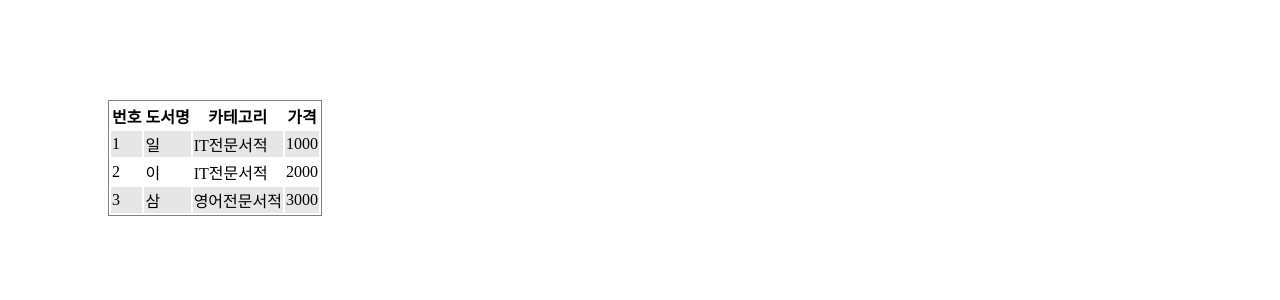
Repository: phoresis92/KITRI_JSP
Page: http://localhost/eljstl2/product.do
An editor plug-in stored every save of this project. The page is shown before and after the next save, followed by the edit.
The browser window is 1280 px wide. The pictures show the whole page.
The page is served by Tomcat 9. Other server files are loaded and not shown.

Above is the page before, as saved 2018-12-20 07:15:47.

### JSP_workspace/eljstl2/WebContent/productlistresult.jsp
<%@ page import="dto.Product"%>
<%@ page import="java.util.ArrayList"%>
<%@ page language="java" contentType="text/html; charset=UTF-8"
	pageEncoding="UTF-8"%>
<%@ taglib prefix="c" uri="http://java.sun.com/jsp/jstl/core"%>
<!DOCTYPE html>
<html>
<head>
<meta charset="UTF-8">
<title>Insert title here</title>

<style type="text/css">

	table tr:nth-child(2n){
	background-color: #e6e6e6
	}
	table tr:hover{font-weight: bold;}

</style>

</head>
<body>

	<%-- 	<%
		ArrayList<Product> list = (ArrayList<Product>) request.getAttribute("PROD");
		Product p1 = list.get(0);
		Product p2 = list.get(1);
		Product p3 = list.get(2);
	%>

	<table style="border: 1px solid gray;">
		<tr>
			<th>번호</th>
			<th>도서명</th>
			<th>카테고리</th>
			<th>가격</th>
		</tr>
		<%
			for (Product p : list) {
		%>
		<tr>
			<td><%=p.getProd_no()%></td>
			<td><%=p.getProd_name()%></td>
			<td><%=p.getProd_cate()%></td>
			<td><%=p.getProd_price()%></td>
		</tr>
		<%
			}
		%>

	</table> --%>

	<c:set var="list" value="${ PROD }" />
	<table style="border: 1px solid gray; margin: 100px;"">
		<tr>
			<th>번호</th>
			<th>도서명</th>
			<th>카테고리</th>
			<th>가격</th>
		</tr>

		<c:forEach items="${ list }" var="prod" varStatus="status">
			<tr>
				<td>${prod.prod_no}</td>
				<td>${prod.prod_name}</td>
				<td>${prod.prod_cate.cate_name}</td>
				<td>${prod.prod_price}</td>
			</tr>
		</c:forEach>

	</table>

</body>
</html>

### JSP_workspace/eljstl2/src/control/ProductListServlet.java
package control;

import java.io.IOException;
import java.util.ArrayList;
import java.util.List;

import javax.servlet.RequestDispatcher;
import javax.servlet.ServletException;
import javax.servlet.annotation.WebServlet;
import javax.servlet.http.HttpServlet;
import javax.servlet.http.HttpServletRequest;
import javax.servlet.http.HttpServletResponse;

import dto.Category;
import dto.Product;

@WebServlet("/product.do")
public class ProductListServlet extends HttpServlet {
	private static final long serialVersionUID = -5727566417040289456L;

	@Override
	protected void doGet(HttpServletRequest req, HttpServletResponse resp) throws ServletException, IOException {

		List<Product> list = new ArrayList<>();

		Category cate = new Category("it", "IT전문서적");

		Product p1 = new Product("1", "일", cate, 1000);
		list.add(p1);
		Product p2 = new Product("2", "이", cate, 2000);
		list.add(p2);

		Category cate1 = new Category("en", "영어전문서적");
		Product p3 = new Product("3","삼", cate1, 3000);
		list.add(p3);

		req.setAttribute("PROD", list);
		String path = "/productlistresult.jsp";
		RequestDispatcher rd = req.getRequestDispatcher(path);
		rd.forward(req, resp);
	}



}

### JSP_workspace/eljstl2/src/dto/Category.java
package dto;

public class Category {

	private String cate_no;
	private String cate_name;

	public Category() {
		super();
	}

	public Category(String cate_no, String cate_name) {
		super();
		this.cate_no = cate_no;
		this.cate_name = cate_name;
	}



	@Override
	public String toString() {
		return cate_name;
	}

	public String getCate_no() {
		return cate_no;
	}
	public void setCate_no(String cate_no) {
		this.cate_no = cate_no;
	}
	public String getCate_name() {
		return cate_name;
	}
	public void setCate_name(String cate_name) {
		this.cate_name = cate_name;
	}

}

### JSP_workspace/eljstl2/src/dto/Product.java
package dto;

public class Product {

	private String prod_no;
	private String prod_name;
	private Category prod_cate;
	private int prod_price;



	@Override
	public String toString() {
		return "Product [prod_no=" + prod_no + ", prod_name=" + prod_name + ", prod_cate=" + prod_cate + ", prod_price="
				+ prod_price + "]";
	}

	public Product(String prod_no, String prod_name, Category prod_cate, int prod_price) {
		super();
		this.prod_no = prod_no;
		this.prod_name = prod_name;
		this.prod_cate = prod_cate;
		this.prod_price = prod_price;
	}

	public Product() {
		super();
	}

	public String getProd_no() {
		return prod_no;
	}
	public void setProd_no(String prod_no) {
		this.prod_no = prod_no;
	}
	public String getProd_name() {
		return prod_name;
	}
	public void setProd_name(String prod_name) {
		this.prod_name = prod_name;
	}
	public Category getProd_cate() {
		return prod_cate;
	}
	public void setProd_cate(Category prod_cate) {
		this.prod_cate = prod_cate;
	}
	public int getProd_price() {
		return prod_price;
	}
	public void setProd_price(int prod_price) {
		this.prod_price = prod_price;
	}

}

After the next save:
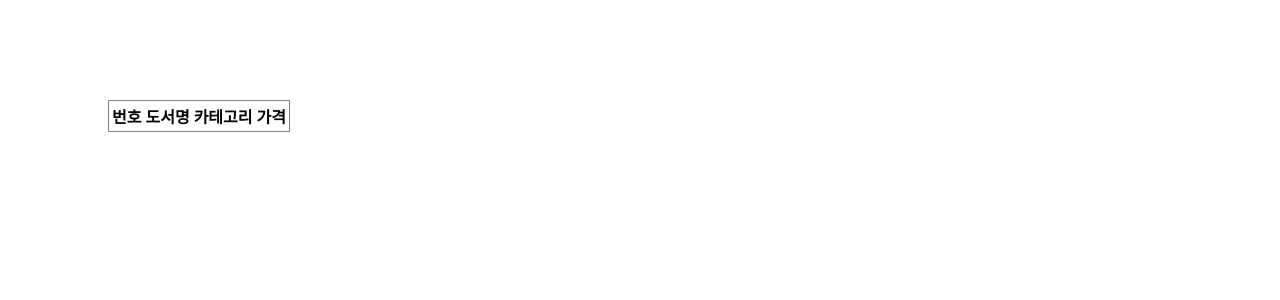
Saved 5 min 51 s later.
--- a/JSP_workspace/eljstl2/WebContent/productlistresult.jsp
+++ b/JSP_workspace/eljstl2/WebContent/productlistresult.jsp
@@ -59,7 +59,7 @@
 			<th>가격</th>
 		</tr>
 
-		<c:forEach items="${ list }" var="prod" varStatus="status">
+		<c:forEach items="${ requestScope.list }" var="prod" varStatus="status">
 			<tr>
 				<td>${prod.prod_no}</td>
 				<td>${prod.prod_name}</td>

After the save that followed:
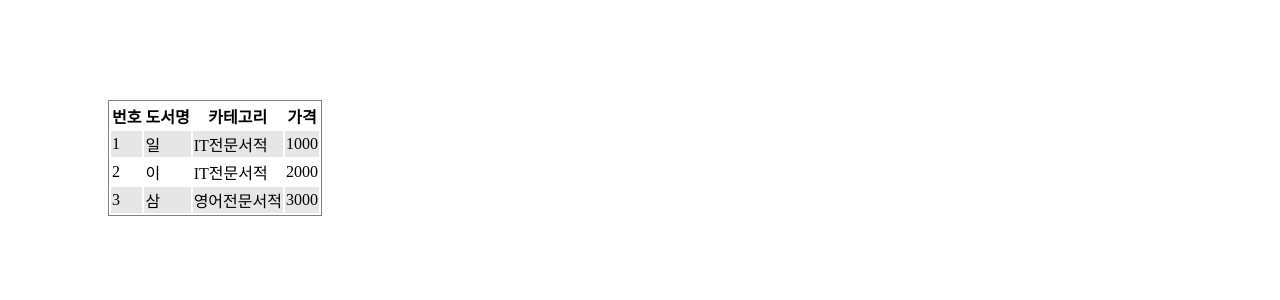
Saved 3 min 21 s later.
--- a/JSP_workspace/eljstl2/WebContent/productlistresult.jsp
+++ b/JSP_workspace/eljstl2/WebContent/productlistresult.jsp
@@ -50,7 +50,7 @@
 
 	</table> --%>
 
-	<c:set var="list" value="${ PROD }" />
+	<c:set var="list" value="${ requestScope.PROD }" />
 	<table style="border: 1px solid gray; margin: 100px;"">
 		<tr>
 			<th>번호</th>
@@ -59,7 +59,7 @@
 			<th>가격</th>
 		</tr>
 
-		<c:forEach items="${ requestScope.list }" var="prod" varStatus="status">
+		<c:forEach items="${ list }" var="prod" varStatus="status">
 			<tr>
 				<td>${prod.prod_no}</td>
 				<td>${prod.prod_name}</td>
